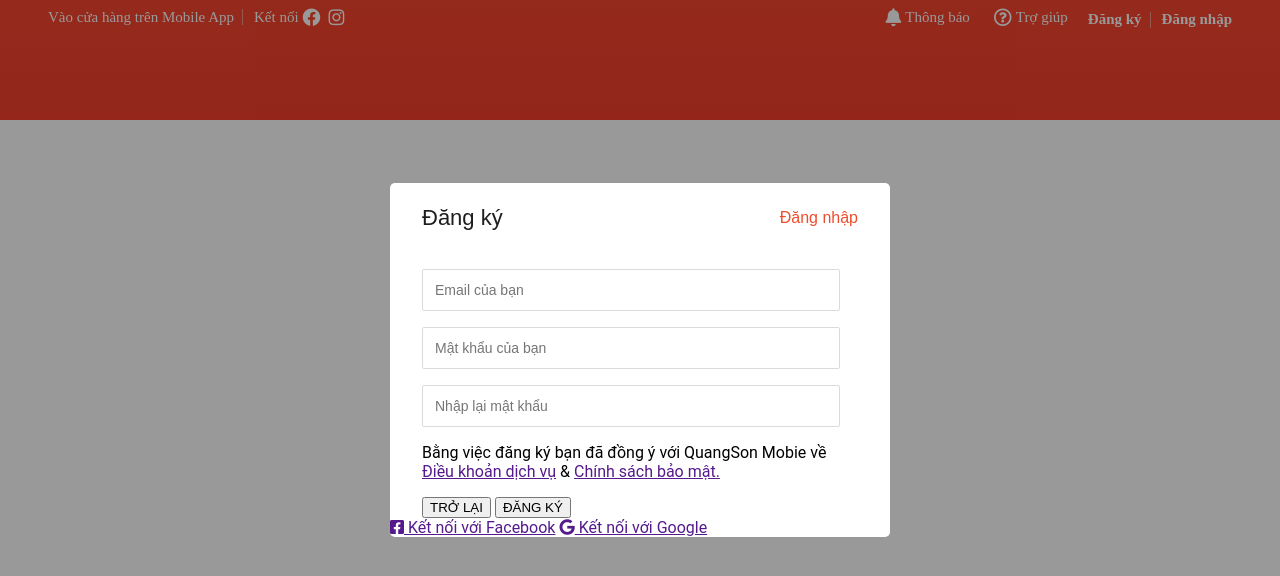
Repository: Qson412/BTL_Web
Page: index.html
These files come from the project's save history. The page is drawn as it stood at one moment and after the next save; the edit follows.
The browser window is 1280 px wide. The pictures show the whole page.
The first visible `.auth-form__input` has the focus.

Above is the page before, as saved 2021-11-29 11:29:09.

### index.html
<!DOCTYPE html>
<html lang="en">

<head>
    <meta charset="UTF-8">
    <meta http-equiv="X-UA-Compatible" content="IE=edge">
    <meta name="viewport" content="width=device-width, initial-scale=1.0">
    <link rel="stylesheet" href="./base.css">
    <link rel="stylesheet" href="./main.css">
    <link rel="stylesheet" href="./fontawesome-free-5.15.4-web/css/all.min.css">
    <title>Trang trủ</title>
</head>

<body>
    <div class="app">
        <!-- HEADER -->
        <header class="header">
            <div class="grid">
                <nav class="header__navbar">
                    <ul class="header__navbar-list">
                        <li class="header__navbar-item header__navbar-item--has-qr header__navbar-item--separate">
                            Vào cửa hàng trên Mobile App
                            <!--Link Dowloads App in QR, GG Play and AppStore-->
                            <div class="header__qr">
                                <img src="./uploads/qr_code.png" alt="QR code" class="header__qr-img">
                                <div class="header__qr-app">
                                    <!--Link Dowloads App in GG Play-->
                                    <a href="https://play.google.com/store/apps/details?id=com.shopee.vn&hl=vi&gl=US"
                                        class="header__qr-link"><img src="./uploads/gg_play.png" alt="Google Play"
                                            class="header__qr-dowloads-img"></a>
                                    <!--Link Dowloads App in AppStore-->
                                    <a href="https://apps.apple.com/vn/app/id959841449" class="header__qr-link"><img
                                            src="./uploads/appstore.png" alt="App Store"
                                            class="header__qr-dowloads-img"></a>
                                </div>
                            </div>
                        </li>
                        <li class="header__navbar-item">
                            <span class="header__navbar-title--no-poiter">Kết nối</span>
                            <a href="https://www.facebook.com/" class="header__navbar-icon-link"><i
                                    class="header__navbar-icon fab fa-facebook"></i></a>
                            <a href="https://www.instagram.com/" class="header__navbar-icon-link"><i
                                    class="header__navbar-icon fab fa-instagram"></i></a>
                        </li>
                    </ul>

                    <ul class="header__navbar-list">
                        <li class="header__navbar-item header__navbar-item--has-notify"><a href="" class="header__navbar-item-link">
                                <i class="header__navbar-icon fas fa-bell"></i>
                                Thông báo</a>
                                <!-- Header Notification-->
                                <div class="header__notify">
                                    <header class="header__notify-header">
                                        <h3> Thông báo mới nhận</h3>
                                    </header>
                                    <ul class="header__notify-list">
                                        <li class="header__notify-item header__notify-item--viewed">
                                            <a href="" class="header__notify-link">
                                                <img src="https://cf.shopee.vn/file/3096ba0dd1902385608dca97184bb28b_tn" alt="" class="header__notify-img">
                                                <div class="header__notify-info">
                                                    <span class="header__notify-name">
                                                        Dòng điện thoại SamSung chính hãng vừa ra mắt. </span>
                                                    <span class="header__notify-descriotion">
                                                        Mô tả: SamSung Galaxy Z Fold3 5G.
                                                    </span>
                                                </div>
                                            </a>
                                        </li>

                                        <li class="header__notify-item header__notify-item--viewed">
                                            <a href="" class="header__notify-link">
                                                <img src="https://cf.shopee.vn/file/98a817a6d4d54cbe3c3f241815fc9c8f" alt="" class="header__notify-img">
                                                <div class="header__notify-info">
                                                    <span class="header__notify-name">
                                                        Siêu sale hàng chính hãng cùng Oppo </span>
                                                    <span class="header__notify-descriotion">
                                                        Mô tả: OPPO RENO 6(8GB | 128GB) - Hàng chính hãng.
                                                    </span>
                                                </div>
                                            </a>
                                        </li>

                                        <li class="header__notify-item header__notify-item--viewed">
                                            <a href="" class="header__notify-link">
                                                <img src="https://cf.shopee.vn/file/cd2c1b70c092a7ce16bf17bdd33a638e" alt="" class="header__notify-img">
                                                <div class="header__notify-info">
                                                    <span class="header__notify-name">
                                                        Xiaomi đang giảm giá dòng sản phẩm mới với giá cực sốc.</span>
                                                    <span class="header__notify-descriotion">
                                                        Mô tả: Xiaomi Redmi 10(4GB|128GB) - Hàng chính hãng.
                                                    </span>
                                                </div>
                                            </a>
                                        </li>
                                    </ul>
                                    <footer class="header__notify-footer">
                                        <a href="" class="header__notify-footer-btn">Xem tất cả</a>
                                    </footer>
                                </div>
                        </li>
                        <li class="header__navbar-item"><a href="" class="header__navbar-item-link">
                                <i class="header__navbar-icon far fa-question-circle"></i>
                                Trợ giúp</a>
                        </li>
                        <li class="header__navbar-item header__navbar-item--strong header__navbar-item--separate">Đăng
                            ký</li>
                        <li class="header__navbar-item header__navbar-item--strong">Đăng nhập</li>
                    </ul>
                </nav>
            </div>

        </header>

        <div class="container">

        </div>

        <footer class="footer">

        </footer>
    </div>
    <!-- Modal Body-->
    <div class="modal">
        <div class="modal__overlay"> </div>

        <div class="modal__body">

            <!-- Regiser/Login Form-->
            <div class="auth-form">
                <div class="auth-form__container">
                    <div class="auth-form__header">
                        <h3 class="auth-form__heading">Đăng ký</h3>
                        <span class="auth-form__switch-btn">Đăng nhập</span>
                    </div>

                    <div class="auth-form__form">
                        <div class="auth-form__group">
                            <input type="text" class="auth-form__input" placeholder="Email của bạn">
                        </div>
                        <div class="auth-form__group">
                            <input type="password" class="auth-form__input" placeholder="Mật khẩu của bạn">
                        </div>
                        <div class="auth-form__group">
                            <input type="password" class="auth-form__input" placeholder="Nhập lại mật khẩu">
                        </div>
                    </div>
                    <div class="auth-form__aside">
                        <p class="auth-form__policy-text">Bằng việc đăng ký bạn đã đồng ý với QuangSon Mobie về
                            <a href="" class="auth-form__policy-link">Điều khoản dịch vụ</a> &
                            <a href="" class="auth-form__policy-link">Chính sách bảo mật.</a>
                        </p>
                    </div>
                    <div class="auth-form__controls">
                        <button class="btn">TRỞ LẠI</button>
                        <button class="btn btn--primary">ĐĂNG KÝ</button>
                    </div>
                </div>

                <div class="auth-form__socials">
                    <a href="" class="btn btn--with-icon">
                        <i class="fab fa-facebook-square"></i>
                        Kết nối với Facebook</a>
                    <a href="" class="btn btn--with-icon">
                        <i class="fab fa-google"></i>
                        Kết nối với Google</a>
                </div>
            </div>

        </div>
    </div>
</body>

</html>

### base.css
body{
    margin: 0;
    padding: 0;
    font-family: 'Roboto' , sans-serif;
}
.grid{
    width: 1200px;
    max-width: 100%;
    margin: 0 auto;
}

/* Animation */
@keyframes fadeIn{
    from{
        opacity: 0;
    }
    to{
        opacity: 1;
    }
}
/* Bien ma mau*/
:root{
    --primary-color: #ee4d2d;
    --border-color: #dbdbdb;
}

/* Modal */
.modal{
    position: fixed;
    top: 0;
    right: 0;
    left: 0;
    bottom: 0;
    display: flex;
}

.modal__overlay{
    position: absolute;
    width: 100%;
    height: 100%;
    background-color: rgba(0,0,0, 0.4);
}

.modal__body{
    z-index: 1;
    position: relative;
   background-color: white;
    margin: auto;
    border-radius: 5px;
}

### main.css
.header{

    height: 120px;
    background-image: linear-gradient(0, #f63f2e, #f7462e);
}
.header__navbar{
    display: flex;
    justify-content: space-between;
}
.header__navbar-list{
    list-style: none;
    padding-left: 0;
    margin-top: 4px;
}

.header__navbar-icon-link{
    color: white;
    text-decoration: none;
}

.header__navbar-icon{
    font-size: 18px;
    margin: 0 4px;
}
.header__navbar-item{
    margin: 0 8px ;
    position: relative;
    min-height: 26px;
}
.header__navbar-item--has-qr:hover .header__qr{
    display: block;
}
.header__navbar-item--has-notify:hover .header__notify{
    display: block;
}
.header__navbar-item,
.header__navbar-item-link{
    display: inline-block;
    font-size: 15px;
    color: white;
    text-decoration: none;
   font-family: 'Times New Roman', Times, serif;
}
.header__navbar-item:hover,
.header__navbar-icon-link:hover,
.header__navbar-item-link:hover{
    cursor: pointer;
    color: rgba(255, 255, 255, 0.7);
}

.header__navbar-item,
.header__navbar-item-link,
.header__navbar-icon-link{
    display: inline-flex;
    align-items: center;
}
.header__navbar-item--strong{
    font-weight: 900;
}

.header__navbar-item--separate::after{
    content: "";
    display: block;
    position: absolute;
    border-left: 1px solid #FB9086;
    height: 16px;
    right: -9px;
    top: 50%;
    transform: translateY(-50%);
}

.header__navbar-title--no-poiter{
    cursor: text;
    color: white;
}

/* Header QR code */
.header__qr{
    width: 175px;
    background-color: white ;
    position: absolute;
    left: 0;
    top: 118%;
    padding: 8px;
    border-radius: 2px;
    display: none;
    animation: fadeIn ease-in 0.5s;
}
.header__qr::before{
    position: absolute;
    left: 0;
    top: -16px;
    width: 100%;
    height: 20px;
    content: "";
    display: block;
}
.header__qr-img{
    width: 100%;
}

.header__qr-app{
    display: flex;
    justify-content: space-between;
    /* width: 100%;*/
}

.header__qr-link:nth-child(1){
    margin-left: 11px;
}
.header__qr-link:nth-child(2){
    margin-right: 11px;
}
.header__qr-dowloads-img{
    height: 16px;
}
/* HEADER NOTI.fication */
.header__notify{
    position: absolute;
    top: 118%;
    width: 404px;
    border: 1px solid #d3d3d3;
    background-color: white;
    right: 0;
    cursor: default;
    transform-origin: calc(100% - 20px) top ;
    animation: headerNotifyGrowth ease-in 0.2s;
    /* Mo rong animation trong truong hop 1 so Web không ho tro Animation */
    -webkit-animation: headerNotifyGrowth ease-in 0.2s;
    will-change: opacity, transform;
    display: none;
}

.header__notify::before{
    content: "";
    border-width: 20px 27px;
    border-style: solid;
    border-color: transparent transparent white transparent;
    position: absolute;
    right: 4px;
    top: -28px;
}

.header__notify::after{
    content: "";
    display: block;
    position: absolute;
    width: 90px;
    height: 20px;
    right: 0;
    top: -16px;
}
@keyframes headerNotifyGrowth{
    from{
        opacity: 0;
        transform: scale(0);
    }
    to{
        opacity: 1;
        transform: scale(1);
    }
}
.header__notify-header{
    height: 40px;
    background-color: white;
}

.header__notify-header h3{
    color: #999;
    margin:0 0 0 12px;
    font-weight: 400;
    font-size: 15px;
    line-height: 40px;
    user-select: none;
}

.header__notify-list{
    padding-left: 0;
}

.header__notify-item{
    display: flex;
}

.header__notify-item:hover{
    background-color: #f7f7f7;
}
.header__notify-item--viewed{
    background-color: rgb(238, 75, 43 , 0.08);
}

.header__notify-link{
    display: flex;
    width: 100%;
    padding: 12px;
    text-decoration: none;
    background-color: rgb(238, 77, 45 , 0.08);
}

.header__notify-img{
    width: 50px;
    object-fit: contain;
}

.header__notify-info{
    margin-left: 12px;
}

.header__notify-name{
    display:block;
    font-size: 14px;
    color: black;
    font-weight: 400;
    line-height: 1.2rem;
}

.header__notify-descriotion{
    display: block;
    font-size: 12px;
    color: #756f6e;
    line-height: 1.6rem;
}

.header__notify-footer{
    display: flex;
}

.header__notify-footer-btn{
    text-decoration: none;
    color: #272626;
    width: 100%;
    padding: 8px 0;
    text-align: center;
}

/* Authel Modal */
.auth-form{
    width: 500px;
}
.auth-form__container{
    padding: 0 32px;
}

.auth-form__header{
    display: flex;
    align-items: center;
    justify-content: space-between;
    font-family: Arial, Helvetica, sans-serif;
}

.auth-form__heading{
    font-size: 22px;
    font-weight: 500;
    color: rgb(29, 30, 31);
}

.auth-form__switch-btn{
    font-size: 16px;
    font-weight: 500;
    color: var(--primary-color);
    cursor: pointer;
}

.auth-form__form{

}

.auth-form__input{
    width: 90%;
    height: 40px;
    margin-top: 16px;
    padding: 0 12px;
    font-size: 14px;
    border-radius: 2px;
    border: 1px solid var(--border-color);
    outline: none;
}

Loaded but not shown: fontawesome-free-5.15.4-web/css/all.min.css (library)

After the next save:
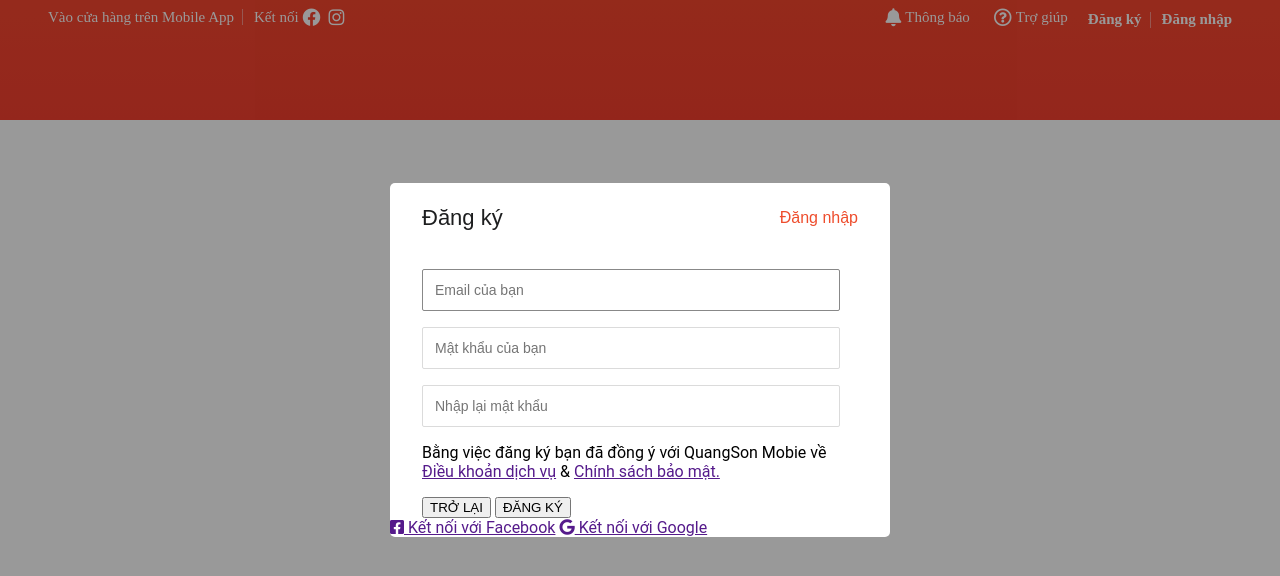
Saved 2 min 25 s later.
--- a/main.css
+++ b/main.css
@@ -275,3 +275,7 @@
     border: 1px solid var(--border-color);
     outline: none;
 }
+
+.auth-form__input:focus{
+    border-color: #888;
+}
